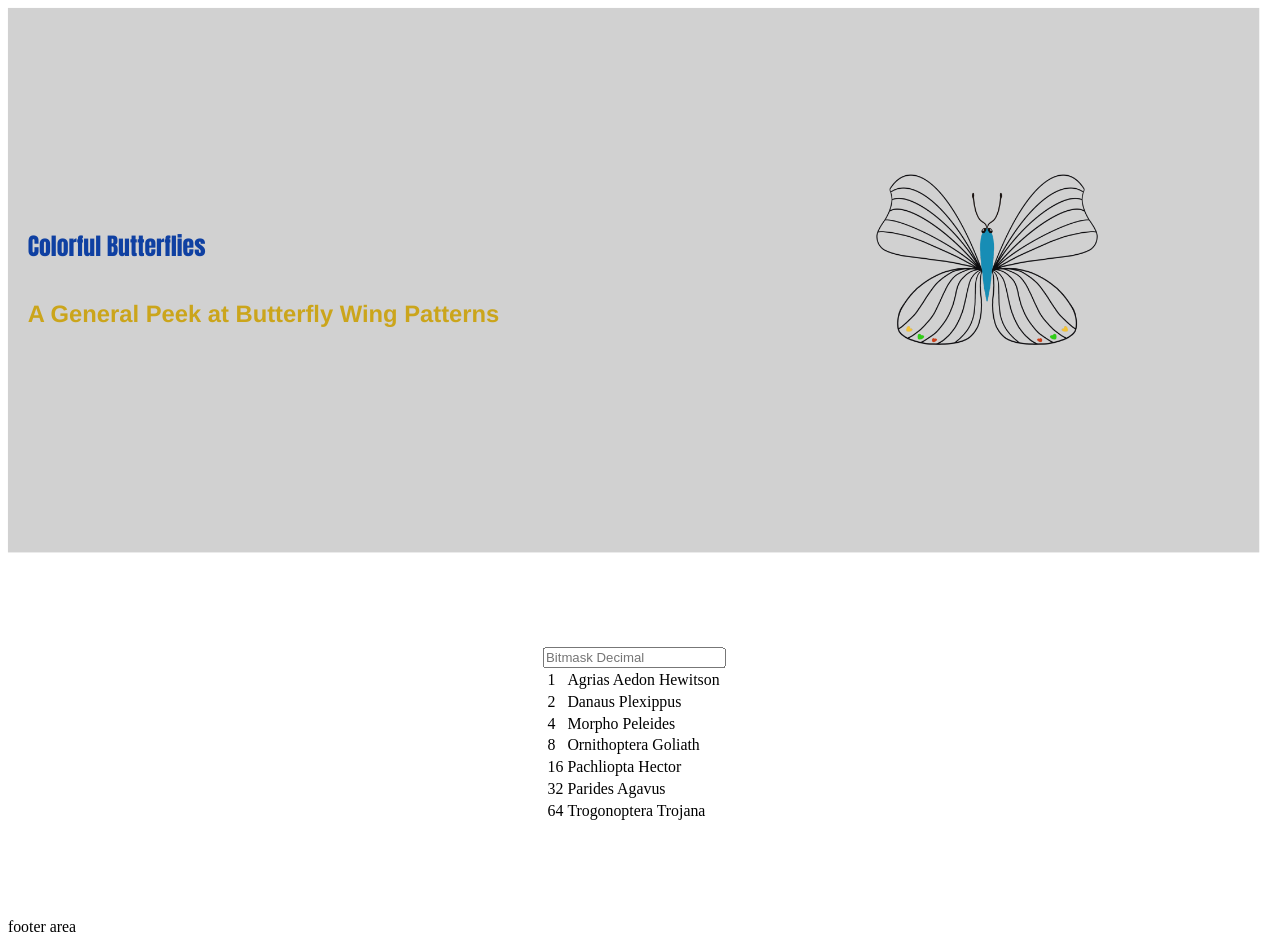
Repository: MeowCeline00/assessment-2
Page: /
An editor plug-in stored every save of this project. The page is shown before and after a run of saves, followed by the edit.
The browser window is 1280 px wide. The pictures show the whole page, at 99% of full size.
The project was rebuilt for these pictures with package versions that can differ from the ones it lists, and the page was loaded fresh each time. The framework's server and built-in components were replaced by stand-ins that run in the browser. Also part of the build but not shown: next.config.mjs.

Above is the page before, as saved 2024-02-07 22:01:50.

### pages/index.js
import Head from "next/head";
import { useState } from "react";
import styles from "@/styles/Home.module.css";
import Header from "@/Components/Header";


export default function Home() {

  // Butterfly Patterns
  const classFilters = {
    //key : value
    1: 'Agrias Aedon Hewitson',
    2: 'Danaus Plexippus',
    4: 'Morpho Peleides',
    8: 'Ornithoptera Goliath',
    16: 'Pachliopta Hector',
    32: 'Parides Agavus',
    64: 'Trogonoptera Trojana'
  }

  const [input, setInput] = useState();
                                    // 3
                                    // 2 & 2 Remainder 1
                                    // 1 & 1 Remainder 0
                                    // 9
                                    // 8 & 8 Remainder 1
                                    // 1 & 1 Remainder 0
  const getClassStyle = flagValue => (input & flagValue) > 0 ? {backgroundColor: 'yellow'} : null;

  return (
    <>
      <Head>
        <title>General View of Butterfly Wing Patterns</title>
        <meta name="description" content="General View of Butterfly Wing Patterns" />
        <meta name="viewport" content="width=device-width, initial-scale=1" />
        <link rel="icon" href="/butt_favicon.ico" />
      </Head>
      <Header />
      <main className={`${styles.main}`}>
       <input
       id="input"
       type="text"
       placeholder='Bitmask Decimal'
       value={input}
       onChange={event => setInput(event.target.value)}
       />
       <table>
        <tbody>
          {
            Object.keys(classFilters).map(item => (
              <tr key={item} style={getClassStyle(item)}>
                <td>{item}</td>
                <td>{classFilters[item]}</td>
              </tr>
            ))
          }
        </tbody>
       </table>
      </main>
      <footer>footer area</footer>
    </>
  );
}

### styles/Home.module.css
.main {
  display: flex;
  flex-direction: column;
  justify-content: space-between;
  align-items: center;
  padding: 6rem;
  min-height: 20vh;
}

### Components/Header/index.js
import Image from 'next/image';
import styles from './Header.module.css';

export default function Header() {
    return (
        <header className={styles.header}>
            <div className={styles.titleArea}>
                <h1> Colorful Butterflies</h1>
                <h2> A General Peek at Butterfly Wing Patterns</h2>
            </div>
            <div className={styles.logoArea}>
                <img src={"/logo.png"} alt="Butterfly Logo" width={350} />
            </div>
        </header>
    );
}

### Components/Header/Header.module.css
.header {
    display: flex;
    justify-content: space-between;
    align-items: center;
    padding: 20px;
    background-color: #d1d1d1;
}

.titleArea {
    display: flex;
    flex-direction: column;
    pa
}

.titleArea h1 {
    color: rgb(15, 64, 162);
    font-size: x-large;
    font-family: Impact, Haettenschweiler, 'Arial Narrow Bold', sans-serif;
}

.titleArea h2 {
    color: rgb(203, 165, 27);
    font-family: 'Franklin Gothic Medium', 'Arial Narrow', Arial, sans-serif;
}

.logoArea {
  display: flex;
  padding: 80px;
}

Loaded but not shown: pages/_app.js (common file); pages/_document.js (common file); styles/globals.css (common file)

After the next 3 saves:
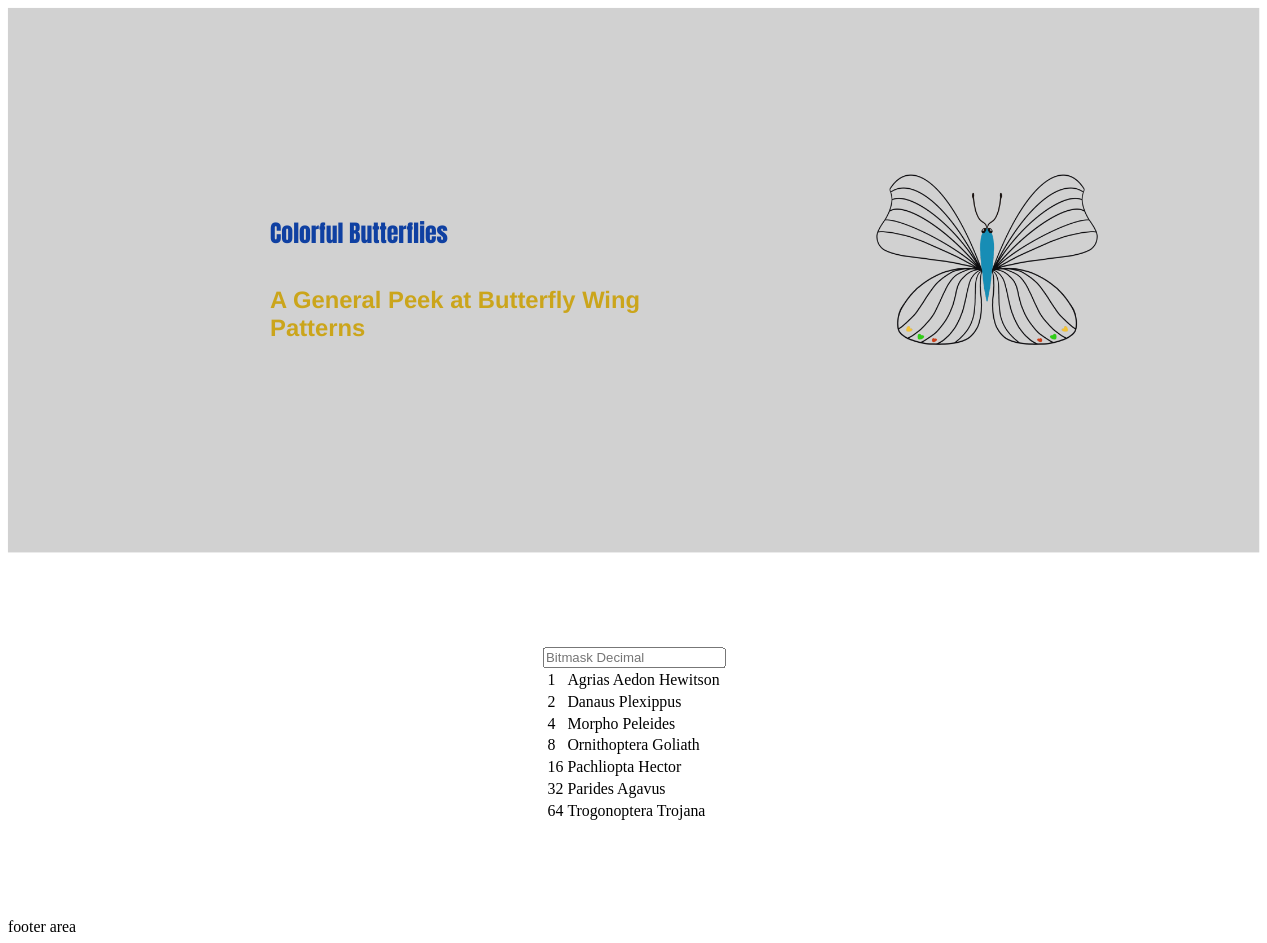
The 3 saves are shown as one change because they came seconds apart.
The last was saved 11 s later.
--- a/Components/Header/Header.module.css
+++ b/Components/Header/Header.module.css
@@ -9,7 +9,7 @@
 .titleArea {
     display: flex;
     flex-direction: column;
-    pa
+    padding-left: 20%;
 }
 
 .titleArea h1 {
